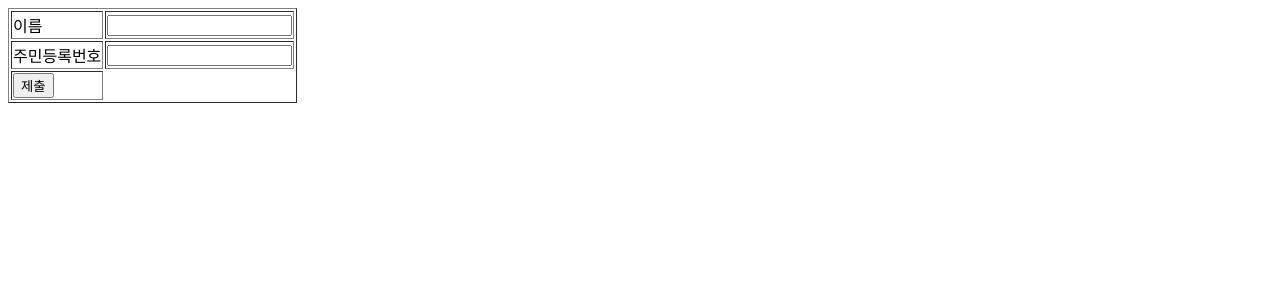
Repository: Jhoon0211/java_work
Page: http://localhost/jspProj/res_number/res_number.jsp
The author's editor kept a copy of each file at every save. The page is drawn from the files as they stood at one save, then again after the next save.
The browser window is 1280 px wide. The pictures show the whole page.
The page is served by Tomcat 9.

Above is the page before, as saved 2023-08-02 02:09:25.

After the next save:
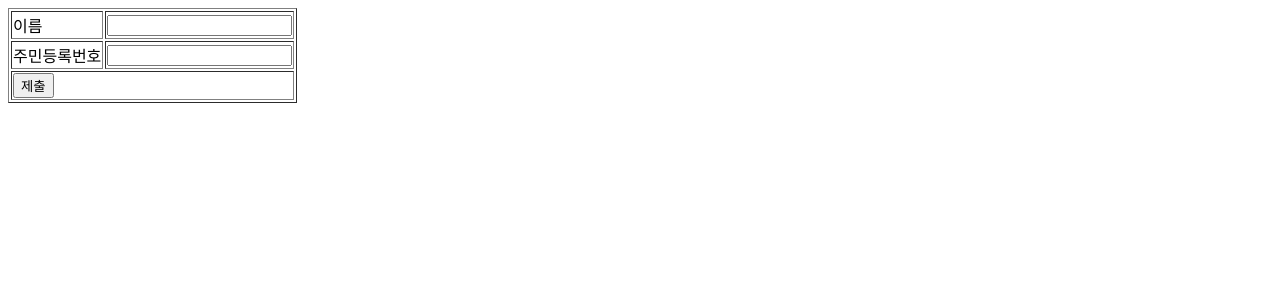
Saved 64 s later.
--- a/jspProj/src/main/webapp/res_number/res_number.jsp
+++ b/jspProj/src/main/webapp/res_number/res_number.jsp
@@ -17,8 +17,8 @@
 				<td>주민등록번호</td>
 				<td><input type="text" /></td>
 			</tr>
-			<tr cols="2">
-				<td >
+			<tr>
+				<td colspan="2">
 					<button type="submit" value="">제출</button>
 				</td>
 			</tr>
